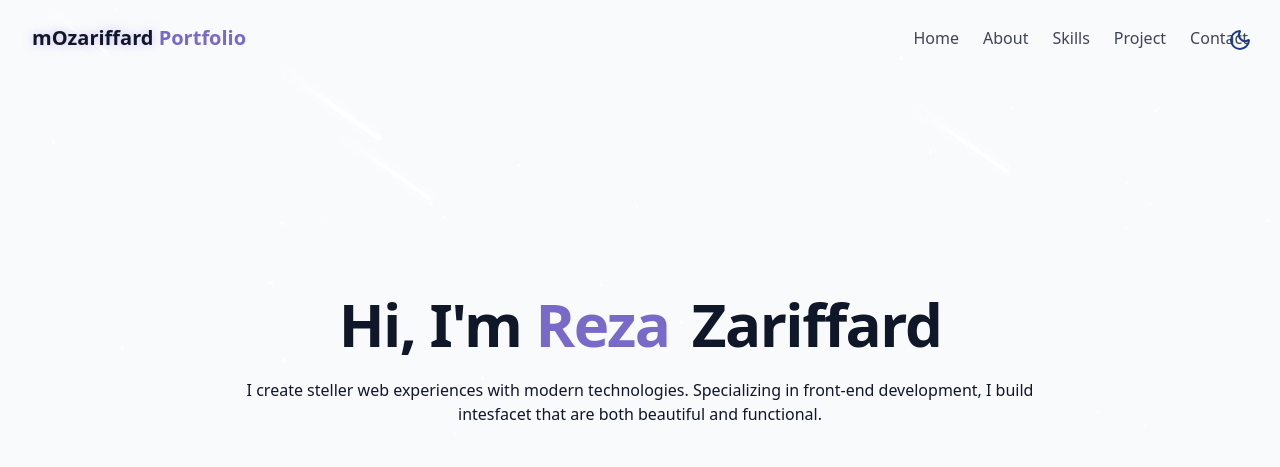
Repository: mOzariffard/Portfolio
Page: /
These files come from the project's save history. The page is drawn as it stood at one moment and after the next save; the edit follows.
The browser window is 1280 px wide. The pictures show the whole page.
The project was rebuilt for these pictures with package versions that can differ from the ones it lists, and the page was loaded fresh each time. Also part of the build but not shown: vite.config.js, src/pages/NotFound.jsx.

Above is the page before, as saved 2025-06-29 12:53:40.

After the next save:
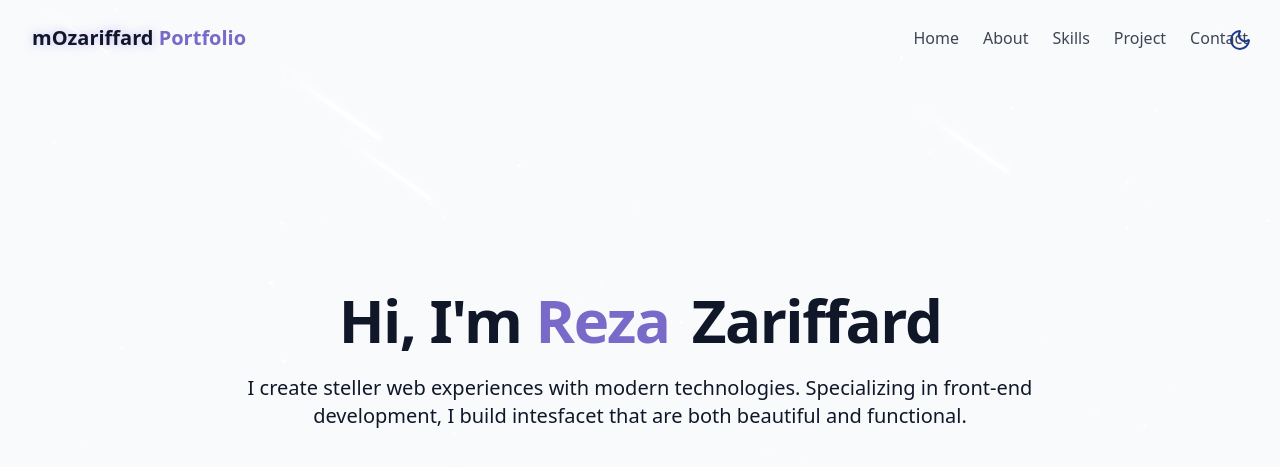
Saved 3 min 57 s later.
--- a/src/components/HeroSection.jsx
+++ b/src/components/HeroSection.jsx
@@ -10,7 +10,7 @@ const HeroSection = () => {
                 <span className='text-primary opacity-0 animate-fade-in-delay-1'> Reza</span>
                 <span className='text-gradient ml-2 opacity-0 animate-fade-in-delay-2'> Zariffard</span>
                 </h1>
-                <p>
+                <p className='text-lg md:text-xl text-muted-foreground max-2-2xl opacity-0 animate-fade-in-delay-3'>
                     I create steller web experiences with modern technologies.
                     Specializing in front-end development, I build intesfacet
                     that are both beautiful and functional.
